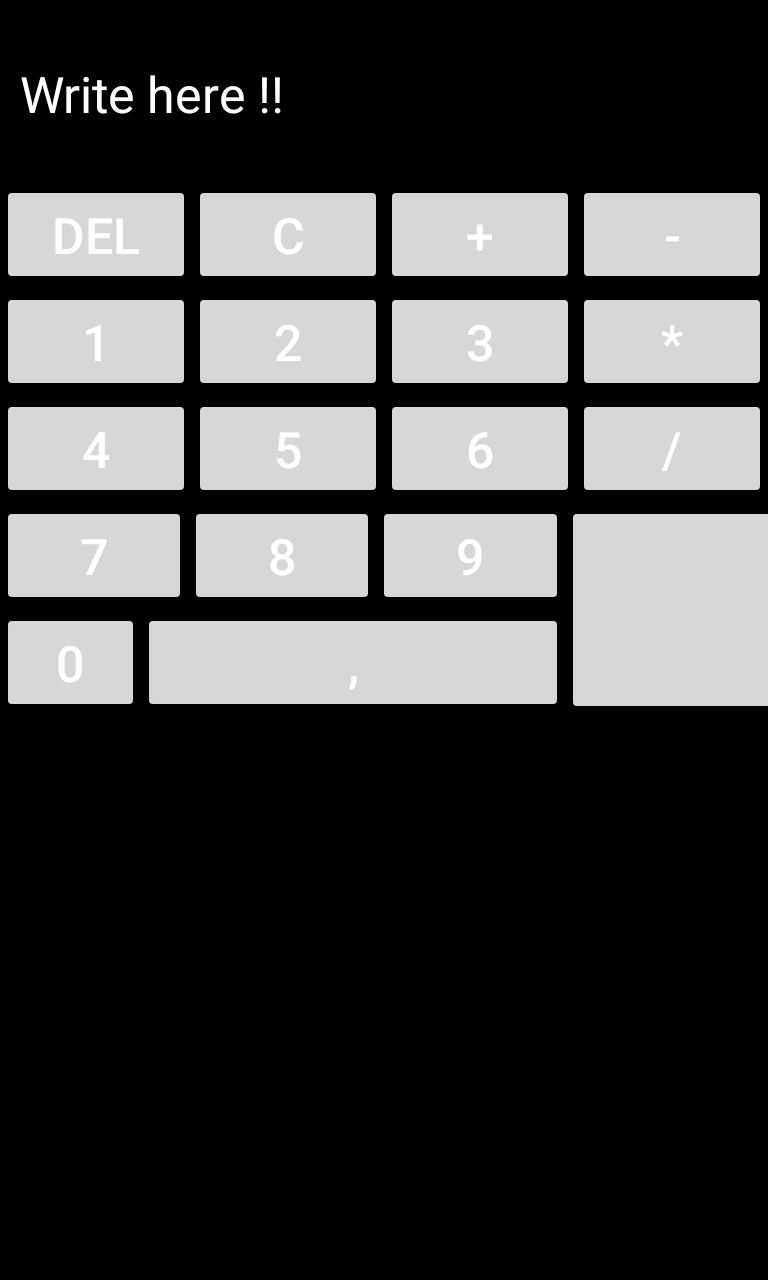
Repository: salihklc/Basic-Android
Layout: complexCalculator/res/layout/activity_main.xml
The author's editor kept a copy of each file at every save. The layout is drawn from the files as they stood at one save, then again after the next save.
It is drawn on a 768 x 1280 px phone screen (xhdpi) without system bars, with theme AppTheme; the app's code is not run.

Above is the layout before, as saved 2014-10-10 14:01:34.

### complexCalculator/res/layout/activity_main.xml
<LinearLayout xmlns:android="http://schemas.android.com/apk/res/android"
    xmlns:android1="http://schemas.android.com/apk/res/android"
    android:layout_width="match_parent"
    android:layout_height="match_parent"
    android:background="#000"
    android:orientation="vertical" >

<EditText
    android:layout_marginTop="20dp"
    android:layout_marginBottom="20dp"
    android:id="@+id/display"
    android:layout_width="match_parent"
    android:layout_height="wrap_content"
    android:hint=" Write here !!"
    android:textSize="25sp"
    android:textColor="#fff"
    android:textColorHint="#fff"
    />

	<LinearLayout
	    android:layout_width="match_parent"
	    android:layout_height="wrap_content"
	    android:weightSum="100"
	    android1:orientation="horizontal" >

	    <Button
	        android:layout_weight="25"
	        android:id="@+id/DEL"
	        android:layout_height="fill_parent"
	        android:text="@string/DEL"
	        android:textColor="#fff"
	        android:textSize="25sp"
	        />
	    <Button
	        android:layout_weight="25"
	        android:id="@+id/C"
	        android:layout_height="fill_parent"
	        android:text="@string/C"
	        android:textColor="#fff"
	        android:textSize="25sp"
	        />
	    <Button
	        android:layout_weight="25"
	        android:id="@+id/add"
	        android:layout_height="fill_parent"
	        android:text="@string/add"
	        android:textColor="#fff"
	        android:textSize="25sp"
	        />
	    <Button
	        android:layout_weight="25"
	        android:id="@+id/minus"
	        android:layout_height="fill_parent"
	        android:text="@string/minus"
	        android:textColor="#fff"
	        android:textSize="25sp"
	        />

	</LinearLayout>

	<LinearLayout
	    android:layout_width="match_parent"
	    android:layout_height="wrap_content"
	    android:weightSum="100"
	    android1:orientation="horizontal" >

	    <Button
	        android:layout_weight="25"
	        android:id="@+id/one"
	        android:layout_height="fill_parent"
	        android:text="@string/one"
	        android:textColor="#fff"
	        android:textSize="25sp"
	        />
	    <Button
	        android:layout_weight="25"
	        android:id="@+id/two"
	        android:layout_height="fill_parent"
	        android:text="@string/two"
	        android:textColor="#fff"
	        android:textSize="25sp"
	        />
	    <Button
	        android:layout_weight="25"
	        android:id="@+id/three"
	        android:layout_height="fill_parent"
	        android:text="@string/three"
	        android:textColor="#fff"
	        android:textSize="25sp"
	        />
	    <Button
	        android:layout_weight="25"
	        android:id="@+id/mult"
	        android:layout_height="fill_parent"
	        android:text="@string/mult"
	        android:textColor="#fff"
	        android:textSize="25sp"
	        />

	</LinearLayout>

	<LinearLayout
	    android:layout_width="match_parent"
	    android:layout_height="wrap_content"
	    android:weightSum="100"
	    android1:baselineAligned="false"
	    android1:orientation="horizontal" >

	    <Button
	        android:layout_weight="25"
	        android:id="@+id/four"
	        android:layout_height="fill_parent"
	        android:text="@string/four"
	        android:textColor="#fff"
	        android:textSize="25sp"
	        />
	    <Button
	        android:layout_weight="25"
	        android:id="@+id/five"
	        android:layout_height="fill_parent"
	        android:text="@string/five"
	        android:textColor="#fff"
	        android:textSize="25sp"
	        />
	    <Button
	        android:layout_weight="25"
	        android:id="@+id/six"
	        android:layout_height="fill_parent"
	        android:text="@string/six"
	        android:textColor="#fff"
	        android:textSize="25sp"
	        />
	    <Button
	        android:layout_weight="25"
	        android:id="@+id/div"
	        android:layout_height="fill_parent"
	        android:text="@string/div"
	        android:textColor="#fff"
	        android:textSize="25sp"
	        />

	</LinearLayout>

	<LinearLayout
	    android:layout_width="match_parent"
	    android:layout_height="match_parent"
	    android:baselineAligned="false"
	    android:orientation="horizontal"
	    android:weightSum="100" >

		<LinearLayout
		    android:layout_height="fill_parent"
		    android:layout_weight="95.56"
		    android:orientation="vertical" >

		<LinearLayout
		    android:layout_width="match_parent"
		    android:layout_height="wrap_content"
		    android:orientation="horizontal"
		    android:weightSum="99" >

		    <Button
		        android:layout_weight="33"
		        android:id="@+id/seven"
		        android:layout_height="fill_parent"
		        android:text="@string/seven"
		        android:textColor="#fff"
		        android:textSize="25sp"
		        />
		    <Button
		        android:layout_weight="33"
		        android:id="@+id/eight"
		        android:layout_height="fill_parent"
		        android:text="@string/eight"
		        android:textColor="#fff"
		        android:textSize="25sp"
		        />
		    <Button
		        android:layout_weight="33"
		        android:id="@+id/nine"
		        android:layout_height="fill_parent"
		        android:text="@string/nine"
		        android:textColor="#fff"
		        android:textSize="25sp"
		        />


		</LinearLayout>

		<LinearLayout
		    android:layout_width="match_parent"
		    android:layout_height="wrap_content"
		    android:orientation="horizontal"
		    android:weightSum="100" >

			<Button
			    android1:id="@+id/zero"
			    android1:layout_height="fill_parent"
			    android1:layout_weight="25"
			    android1:text="@string/zero"
			    android1:textColor="#fff"
			    android1:textSize="25sp" />

			<Button
			    android1:id="@+id/dot"
			    android1:layout_width="0dp"
			    android1:layout_height="fill_parent"
			    android1:layout_weight="75"
			    android1:text="@string/dot"
			    android1:textColor="#fff"
			    android1:textSize="25sp" />

		</LinearLayout>

	</LinearLayout>

		<LinearLayout
		    android1:layout_width="wrap_content"
		    android1:layout_height="match_parent"
		    android:layout_gravity="right"
		    android:layout_weight="75"
		    android1:orientation="horizontal" >

			<Button
			    android1:id="@+id/equ"
			    android1:layout_width="match_parent"
			    android1:layout_height="108dp"
			    android1:text="@string/equ"
			    android1:textColor="#fff"
			    android1:textSize="25sp" />

		</LinearLayout>

	</LinearLayout>

</LinearLayout>

### complexCalculator/res/values/strings.xml
<?xml version="1.0" encoding="utf-8"?>
<resources>

    <string name="app_name">complexCalculator</string>
    <string name="hello_world">Hello world!</string>
    <string name="action_settings">Settings</string>
    <string name="one">1</string>
	<string name="two">2</string>
	<string name="three">3</string>
	<string name="add">+</string>
	<string name="four">4</string>
	<string name="five">5</string>
	<string name="six">6</string>
	<string name="minus">-</string>
	<string name="seven">7</string>
	<string name="eight">8</string>
	<string name="nine">9</string>
	<string name="mult">*</string>
	<string name="zero">0</string>
	<string name="equ">=</string>
	<string name="div">/</string>
	<string name="dot">,</string>
	<string name="DEL">DEL</string>
	<string name="C">C</string>
</resources>

Loaded but not shown: complexCalculator/res/values/styles.xml (common file); complexCalculator/res/values-v11/styles.xml (common file); complexCalculator/res/values-v14/styles.xml (common file)

After the next save:
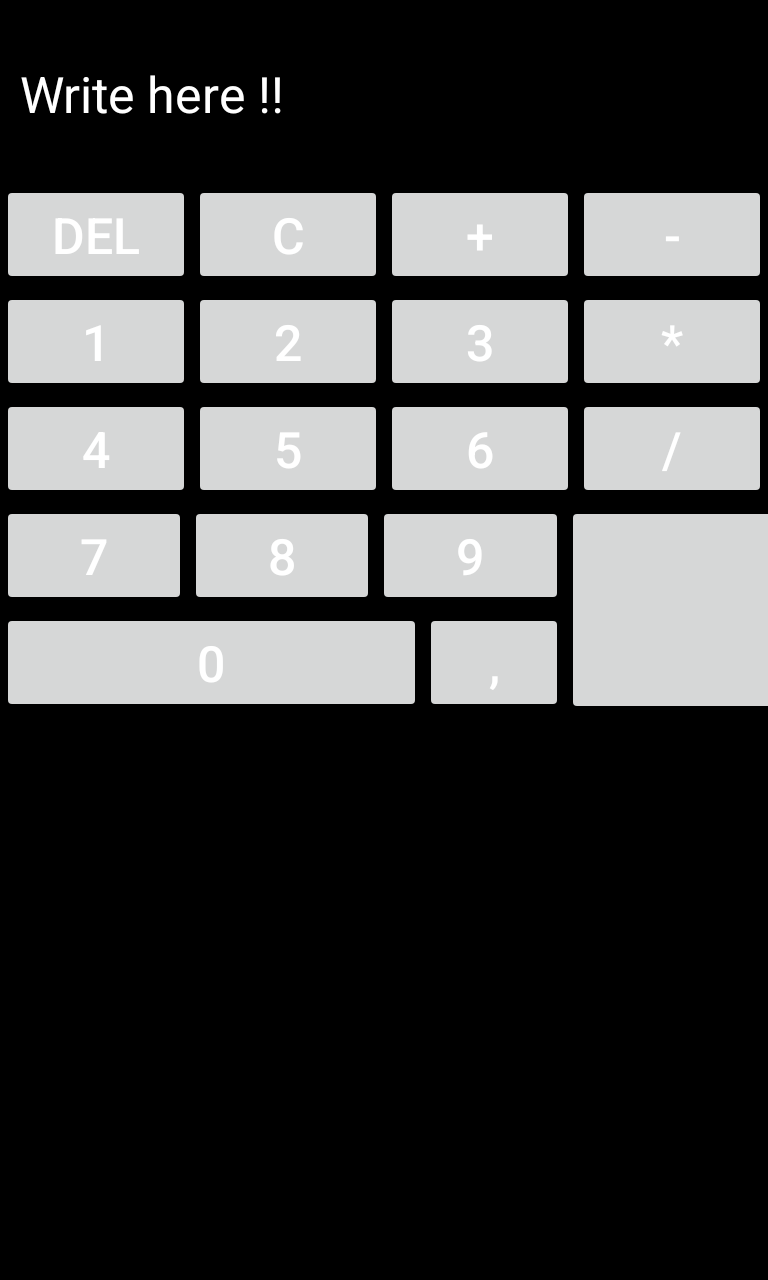
Saved 13 s later.
--- a/complexCalculator/res/layout/activity_main.xml
+++ b/complexCalculator/res/layout/activity_main.xml
@@ -196,7 +196,7 @@
 			<Button
 			    android1:id="@+id/zero"
 			    android1:layout_height="fill_parent"
-			    android1:layout_weight="25"
+			    android1:layout_weight="75"
 			    android1:text="@string/zero"
 			    android1:textColor="#fff"
 			    android1:textSize="25sp" />
@@ -205,7 +205,7 @@
 			    android1:id="@+id/dot"
 			    android1:layout_width="0dp"
 			    android1:layout_height="fill_parent"
-			    android1:layout_weight="75"
+			    android1:layout_weight="25"
 			    android1:text="@string/dot"
 			    android1:textColor="#fff"
 			    android1:textSize="25sp" />
